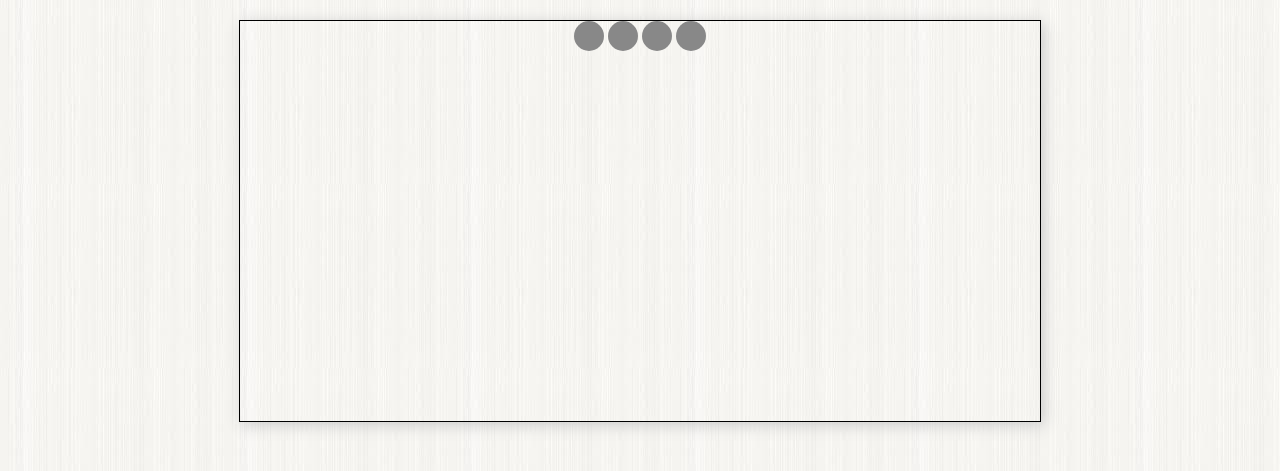
Repository: lauroPereira/study
Page: http://localhost/modules/home/home.php
These files come from the project's save history. The page is drawn as it stood at one moment and after the next save; the edit follows.
The browser window is 1280 px wide. The pictures show the whole page.
The page is run by PHP 8.4 with error messages shown; the project is at /var/www/html/.

Above is the page before, as saved 2016-06-14 04:29:28.

### TrabalhoFinalWeb/modules/home/home.php
<!DOCTYPE html>
<html>
<head>
<title>Trabalho 1 de programação Web</title>
<meta charset="UTF-8">
<meta name="description" content="Site da empresa imobiliaria">
<meta name="author" content="Lauro Pereira">
<link href="../../css/style.css" rel="stylesheet">
<link href="../../css/home.css" rel="stylesheet">
<link
	href="http://fonts.googleapis.com/css?family=Open+Sans&subset=latin,latin-ext"
	rel='stylesheet' type='text/css'>
</head>
<body>
	<div id="carousel">
		<div class="tag"></div>
		<div class="tag"></div>
		<div class="tag"></div>
		<div class="tag"></div>
	</div>
</body>
<script src="../../js/script.js" lang'="text/javascript"></script>
</html>

### TrabalhoFinalWeb/css/style.css
body{
    background-image: url("../img/background.jpg");
}
*{
    font-family: 'Open Sans', sans-serif;
}

input, textarea{
    background-color: #EFEFFF;
}
.central{
    width: 70%;
    margin: 0 auto;
}

.comFundo{
    position: relative;
    background-color: rgba(58, 74, 149, 0.5);
    border-radius: 10px;
    z-index: 1;
}

h2{
    margin-top: 5em;
}
#barraSup{
    text-align: right;
    padding-right: 3em;
    background-image: linear-gradient( to top right, #CCC 5%, #3A4A95 95%);
    margin-top:-0.5em;
    padding-bottom: 0.5em;
    padding-top: 0.7em;
}

#barraSup{
    color: #D8D8D8;
}

#barraSup a:hover{
    color: orangered;
    text-decoration: none;
}
#logo{
    text-align: left;
    background-color: #fafafa;
    padding-left: 20px;
}

#logo > div > img[alt=logotipo]{
    display: inline-block;
    float: left;
    margin-top: 8px;
}

#meio{
    margin-top: -0.5em;
    float: right;
    display: inline-block;
    width: 900px;
    text-align: right;
}

#carrinho {
    vertical-align: top;
    display: inline-block;
}

#carrinho > a > img[alt~=carrinho]{
    margin-right: 2em;
    max-width: 30px;
}

#carrinho > pre{
    margin: 0 1em 0 0;
}

#logo + hr {
    margin-top: 0;
}

#busca {
    color: #D8D8D8;
    display: inline-block;
    background-image: linear-gradient( to top left, #3A4A95 10%, #CCC 98%);
    padding: 0.5em 1em 1em 1em;
    border-radius: 0 0 20px 5px;
}
#busca button{
    padding: 1px;
    text-align: center;
}
#busca button img{
    width: 15px;
    height: 15px;
}
ul{
   display: inline-block;
   vertical-align: bottom;
}
ul li{
    display: inline;
}

ul li a{
    text-decoration: none;
    color: #3A4A95;
    font-size: 18px;
    font-weight: bolder;
    margin-bottom: 1em;
    padding: 10px;
}

ul li a:hover{
    font-style: italic;
    text-decoration: none;
    color: orangered;
}

#destaques{
    margin-top: 50px;
}

#destaques h2{
    margin-bottom: 0px;
}

#tipoProd{
    margin-top: 0px;
}

#destaques img[alt^=produto] {
    margin-top: 20px;
    max-width: 100%;
}

.produto{
    display: inline-block;
    width: 20%;
    padding: 1%;
    margin: 6% 1% 0 1%;
}
.produto > pre{
    text-align: center;
}
.add{
    background-color: rgba(255,255,255, 0.6);
    border-radius: 10px;
    padding: 3px;
    position: absolute;
    z-index: 2;
    width: 40px;
    float: right;
}
.formulario{
    margin: 0 auto;
    padding: 20px;
    text-align: center;
    width: 50%;
}

.formulario div{
    line-height: 220%;
    text-align: left;
    display: inline-block;
    vertical-align: top;
}

.formulario input[type^=submit]{
    margin-left:1em;

}

.formulario input[type^=submit]{
    float: right;
    margin-top: 0.5em;
}


#rodape{
    margin-top: 2em;
    color: #888;
    padding: 2em 0 2em 0;
    background-color: #DDD;
}

#rodape div a{
    color: #888;
    font-weight: lighter;
}

#rodape div{
    position: relative;
    font-family: sans-serif;
    font-size: 14px;
}

#rodape div img{
    position: absolute;
    right: 0;
    top: -1.3em;
    height: 6em;
}

#descProduto label{
    font-weight: bold;
}

table{
    background-color: rgba(58, 74, 149, 0.5);
    padding: 2px;
    border: 2px dashed #3A4A95;
    text-align: center;
    table-layout: auto;
}

table + input{
    width: 10%;
    margin-left: 40%;
    margin-top: 10px;
    text-align: center;
}

#total{
    font-weight: bolder;
}

#conteudo{
	min-height:240px;
	width:95%;
	margin: 0 auto;
	margin-top:60px;
}

### TrabalhoFinalWeb/css/home.css
#carousel{
	box-shadow: 3px 3px 15px #ccc;
	border: 1px solid black;
	height:400px;
	width:800px;
	margin: 0 auto;
	margin-top: 20px;
	text-align: center;
	vertical-align: bottom;
}

#carousel div{
	height: 30px;
	width: 30px;
	border-radius: 50%;
	background-color: #888;
	display: inline-block;
	margin: 0 auto;
}

#carousel > div ~ div{

}

Loaded but not shown: TrabalhoFinalWeb/js/script.js (no copy from this time; the picture is the same without it)

After the next save:
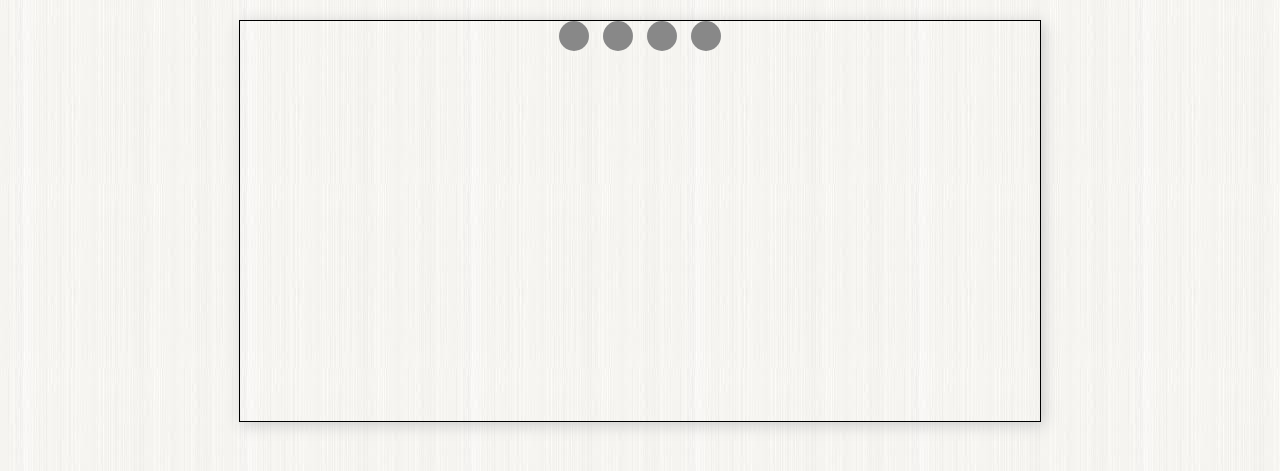
Saved 11 s later.
--- a/TrabalhoFinalWeb/css/home.css
+++ b/TrabalhoFinalWeb/css/home.css
@@ -19,5 +19,5 @@
 }
 
 #carousel > div ~ div{
-
+	margin-left: 10px;
 }
